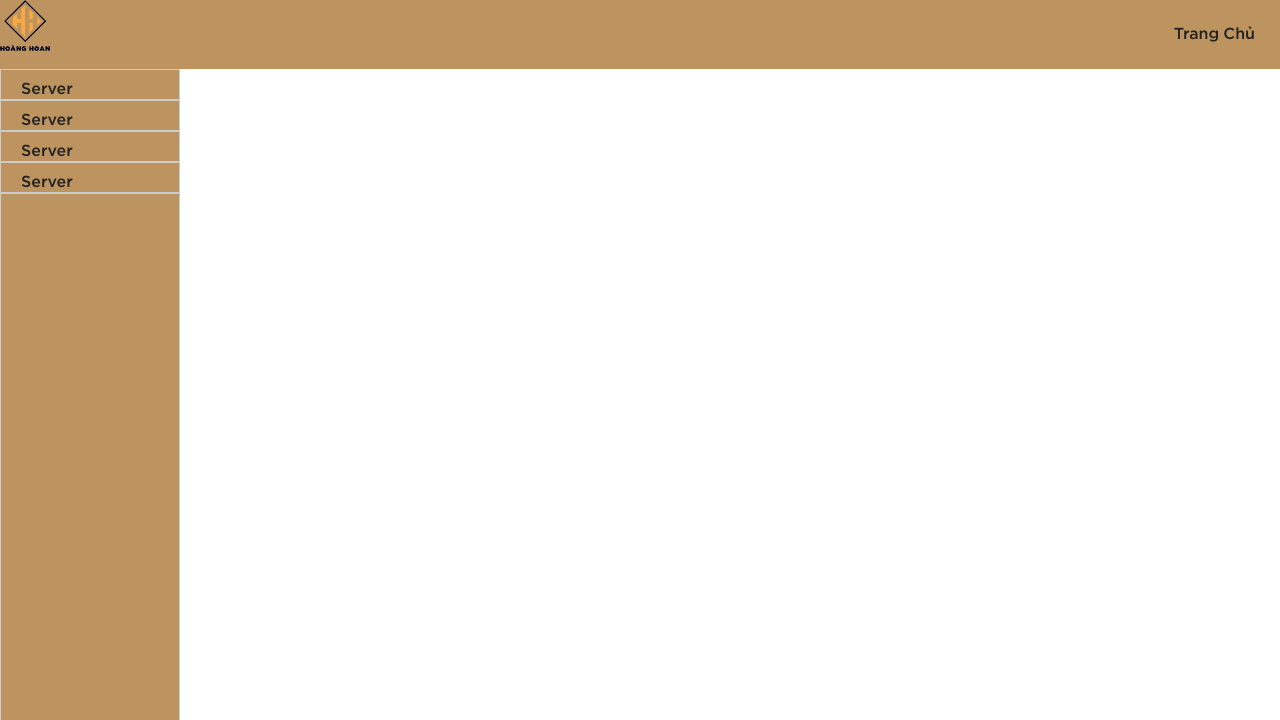
Repository: LDDUNG2003/prj_2
Page: /adminLocal
These files come from the project's save history. The page is drawn as it stood at one moment and after the next save; the edit follows.
The browser window is 1280 px wide. The pictures show the whole page.
The project was rebuilt for these pictures with package versions that can differ from the ones it lists, and the page was loaded fresh each time. Also part of the build but not shown: src/layouts/header/itemsHeader/index.js, src/layouts/header/loginHeader/index.js, src/layouts/header/index.js, src/layouts/footer/index.js, src/layouts/defaultLayout/index.js, src/styles/css/home.css, src/font-awesome/index.js, src/pages/home/setProductSlick/index.js and 10 more.

Above is the page before, as saved 2023-10-04 10:46:39.

### public/index.html
<!doctype html>
<html lang="en">
  <head>
    <meta charset="utf-8">
    <meta name="viewport" content="width=device-width, initial-scale=1">
    <link rel="shortcut icon" href="./img/logo.png">
    <link rel="preconnect" href="https://fonts.googleapis.com">
    <link rel="preconnect" href="https://fonts.gstatic.com" crossorigin>
    <link href="https://fonts.googleapis.com/css2?family=Roboto:ital,wght@0,100;0,300;0,400;0,500;1,100;1,400;1,500;1,700;1,900&display=swap" rel="stylesheet">
    <title>Nội Thất Hoàng Hoan</title>
  </head>
  <body>
    <div id="root"></div>
  </body>
</html>

### src/index.js
import React from 'react';
import ReactDOM from 'react-dom';
import App from './App';
import './index.css';

const root = ReactDOM.createRoot(document.getElementById('root'));
root.render(
  <React.StrictMode>
    <App />
  </React.StrictMode>,
);

### src/App.js
import React, { Component, Fragment } from 'react';
import { BrowserRouter as Router , Routes, Route } from 'react-router-dom';
import defaultLayout from './layouts/defaultLayout';
import AdminLayout from './layouts/AdminLayout';
import { publicRoute } from './routes';
import "slick-carousel/slick/slick.css";
import "slick-carousel/slick/slick-theme.css";
import './styles/css/responsive.css';

class App extends Component {
  render() {
    return (
      <Router>
        <div className="App">
        <Routes>
          {publicRoute.map((route ,index) => {
              const Page = route.component
              let Layout
              if(route.layout === 'notlayout'){
                Layout = Fragment
              }
              else if(route.layout === 'adminLayout'){
                Layout = AdminLayout
              }
              else{
                Layout = defaultLayout
              }
              return (<Route
                key={index}
                path={route.path}
                element={
                <Layout>
                    <Page/>
                  </Layout>
                }/>);
            })}
        </Routes>
        </div>
      </Router>
    );
  }
}

export default App;

### src/index.css
@font-face {
    font-family: "Gotham-Medium";
    src: url(./styles/front/Gotham-Medium.otf);
}

@font-face {
    font-family: "Gotham-Thin";
    src: url(./styles/front/Gotham-Thin.otf);
}

@font-face {
    font-family: "Gotham-Ultra";
    src: url(./styles/front/Gotham-Ultra.otf);
}

html,
body {
    height: 100%;
}

#root {
    height: 100%;
}

.App {
    height: 100%;
}

### src/layouts/AdminLayout/index.js
import Header from './Header'
import AdminMenu from './AdminMenu';

function AdminLayout({children}) {
    return (
       <div className='Admin-content'>
       <Header/>
       <div className="admin-content">
        <AdminMenu/><div className="content-admin">
          {children}
        </div>
       </div>
       </div>
     );
}

export default AdminLayout;

### src/routes/index.js
import Home from '~/pages/home'
import News from '~/pages/news'
import Contact from '~/pages/contact'
import page404 from '~/pages/notfoud'
import Login from '~/pages/login'
import AdminLocal from '~/pages/adminPage'
import Upload from '~/pages/adminPage/upLoad'
import LocaPage from '~/pages/adminPage/pageLocal'


const publicRoute = [
    {path: '/',component: Home},
    {path: '/news',component: News},
    {path: '/contact',component: Contact},
    {path: '/*',component: page404, layout: 'notlayout'},
    {path: '/login',component: Login,layout: 'notlayout'},
    {path: '/adminLocal/*',component:AdminLocal,layout: 'adminLayout'},
]

const AdminRoute = [
]

export  { AdminRoute, publicRoute}

### src/styles/css/responsive.css
@media (min-width:767px) {
    #mobileMenu {
        display: none;
    }
}

@media (max-width: 767px) {
    #root {
        margin: 0px 5px;
    }
    #mobileMenu {
        display: block;
        text-align: center;
    }
    .logo--block {
        width: 100%;
        display: flex;
        align-items: center;
        justify-content: space-between;
    }
    .navBar {
        display: block;
        height: auto;
    }
    .choose-item {
        width: 100%;
    }
    .menu-mobile {
        width: 40px;
        height: 40px;
        padding: 10px;
        border: 0px;
        background-color: var(--primary-color);
    }
    .news--item-container {
        font-size: 11px;
    }
    .content--title::before {
        display: none;
    }
    .new--item-heading {
        font-size: 14px;
    }
    .navBar__list {
        display: none;
        width: 100%;
    }
    .navBar__list-item {
        padding: 4px;
        border-bottom: 2px solid #ccc;
    }
    .about__us {
        background: none;
    }
    .about__us::before {
        background: none;
    }
    .content__focut {
        position: static;
    }
    .focut--item {
        width: 50%;
    }
    .content__banner {
        width: 100%;
    }
    .banner--content {
        display: none;
    }
    .slick-prev:before,
    .slick-next:before {
        display: none;
    }
    .about--background {
        display: none;
    }
    .about__us-bag {
        position: static;
    }
    .about--block {
        display: block;
    }
    .about--content {
        width: 100%;
        color: var(--text-color);
    }
    .about--content img {
        width: 100%;
    }
    .content--title {
        color: var(--text-color);
    }
    .news--contain {
        display: block;
    }
    .mobile-display {
        display: none;
    }
    .news--contain--item {
        width: 100%;
    }
    .news--list-item {
        width: 100%;
        overflow: hidden;
    }
    .news--list-item img {
        height: 100%;
    }
    .partner--list {
        flex-wrap: wrap;
    }
    .partner--item {
        width: 50%;
    }
    .content--contact {
        display: none;
    }
    .footer__lable {
        display: block;
    }
    .footer--list {
        width: 100%;
        padding: 10px 0px;
    }
    .footer--list-item {
        width: 100%;
        padding: 5px 0px;
    }
    /* news responsive */
    .news--content-list {
        margin: 0px 20px;
    }
    .news--content-item {
        width: 100%;
    }
    .featured--list {
        width: 100%;
        margin: 10px;
        flex-wrap: wrap;
    }
    .featured--item {
        width: 100%;
    }
}

### src/styles/css/base.css
* {
    padding: 0px;
    margin: 0px;
    font-family: "Gotham-Medium";
    text-align: justify;
}

:root {
    --primary-color: #bd945f;
    --text-color: #222222;
}


/* font setting */

.App {
    width: 100%;
    overflow: hidden;
    background-color: #fff;
}

.main {
    width: 100%;
}

.header {
    padding: 10px 0px;
    margin: auto;
    width: 100%;
    max-width: 1200px;
}

.navBar {
    display: flex;
    width: 100%;
    justify-content: space-between;
}

.logo {
    height: 60px;
}

.navBar__list {
    display: flex;
    list-style: none;
    align-items: center;
}

.navBar__list-item {
    margin: 0 10px;
    position: relative;
}

.navBar__list--link {
    text-transform: uppercase;
    font-size: 16px;
    color: var(--text-color);
    text-decoration: none;
}

.navBar__list-item::before {
    content: '';
    background-color: var(--primary-color);
    display: block;
    height: 4px;
    margin-top: 7px;
    width: 0px;
    top: 75%;
    position: absolute;
    transition: 0.3s;
    z-index: 1;
}

.Login--navBar {
    list-style: none;
    position: absolute;
    z-index: 1;
    width: 240px;
    background-color: #fff;
    padding: 15px;
    right: 0px;
    top: 150%;
    border-radius: 5px;
    border: solid 1px #ccc;
    display: none;
}

.Login--navBar::after {
    content: '';
    width: 120px;
    display: block;
    height: 9px;
    position: absolute;
    top: -9px;
    right: 0px;
}

.navBar__list-item:hover .Login--navBar {
    display: block;
}

.Login__list-item {
    padding: 4px 0px;
}

.select--item::before {
    content: '';
    background-color: var(--primary-color);
    display: block;
    height: 4px;
    margin-top: 7px;
    width: 65px;
    top: 75%;
    position: absolute;
    z-index: 1;
}

.navBar__list-item:hover::before {
    width: 65px;
}

.featured--content {
    padding-top: 10px;
    text-align: center;
}

.featured-name {
    display: contents;
    font-size: 18px;
    text-transform: capitalize;
}

.evaluate--list {
    list-style: none;
    display: flex;
    justify-content: center;
}

.evaluate--list li {
    padding: 5px;
    margin: 0;
}

.note-product {}

.content--title {
    font-size: 32px;
    padding: 50px 0px;
    text-align: center;
    position: relative;
    text-transform: uppercase;
}

.content--title::before {
    content: '';
    background-color: var(--primary-color);
    width: 90px;
    height: 9px;
    position: absolute;
    top: 70%;
    right: 47%;
}

.content__featured {
    width: 100%;
    max-width: 1200px;
    margin: auto;
    padding-bottom: 30px;
}

.featured--list {
    width: 100%;
    list-style: none;
    display: flex;
    text-align: center;
}

.featured--item {}

.featured--img {
    width: 80%;
    margin: auto;
}

.price-product {
    text-align: center;
    padding: 7px 0px;
    font-weight: 800;
    font-size: 16px;
}

.slick-prev:before,
.slick-next:before {
    color: var(--primary-color) !important;
    width: 15px;
    display: inline-block;
}

.footer {
    padding: 20px 0px;
    background-color: black;
}

.footer__lable {
    max-width: 1200px;
    margin: auto;
    display: flex;
    width: 100%;
    justify-content: space-around;
    color: #fff;
    justify-content: space-between;
}

.footer--list {
    list-style: none;
    width: 32%;
}

.footer--list-item {
    font-size: 16px;
    padding-top: 8px;
    text-transform: capitalize;
    font-family: initial;
}

.footer--list-heading {
    font-size: 18px;
    font-weight: 300;
    text-transform: uppercase;
    position: relative;
    padding-bottom: 0px;
    font-family: 'Gotham-Medium';
}

.footer--list-heading::after {
    content: '';
    background-color: var(--primary-color);
    width: 110px;
    padding-top: 6px;
    position: absolute;
    left: 0px;
    bottom: -8px;
}

.footer--inheri {
    text-transform: uppercase;
    font-weight: 600;
    font-size: 18px;
}

.footer--list-contact {
    display: flex;
    list-style: none;
}

.fooder--list-contact-item {
    width: 16px;
    padding: 5px;
}

### src/layouts/AdminLayout/Header/index.js
import { Link } from "react-router-dom";
import Logo from "~/logo.png"
import '../styles/index.css'
function Header() {
    var LinkStyle = 'padding-left: 20px;'
    return (
        <nav className="admin_laybel">
            <Link to="/"><img className="logo-admin" src={Logo} alt="" /></Link>
            <ul className="admin-List">
                <li className='Admin-item'><Link className="admin-Link" to='/'>Trang Chủ</Link></li>
            </ul>
        </nav>
     );
}

export default Header;

### src/layouts/AdminLayout/AdminMenu/index.js
import { Link } from "react-router-dom";

function AdminMenu() {
    return (
        <nav className="Menu-Admin">
            <ul className="Menu-List">
                <li className="Menu-List--item"><Link className="admin-Link" to='/'>Server</Link></li>
                <li className="Menu-List--item"><Link className="admin-Link" to='/'>Server</Link></li>
                <li className="Menu-List--item"><Link className="admin-Link" to='/'>Server</Link></li>
                <li className="Menu-List--item"><Link className="admin-Link" to='/'>Server</Link></li>
            </ul>
        </nav>
    );
}

export default AdminMenu;

### src/pages/adminPage/index.js
function AdminLocal() {
    return (
        <>
        <h1>Hello</h1>
        </>
     );
}

export default AdminLocal;

### src/layouts/AdminLayout/styles/index.css
.Admin-content {
    height: 100%;
}

.logo-admin {
    width: 50px;
    filter: contrast(200%);
}

.admin_laybel {
    background-color: var(--primary-color);
    display: flex;
    width: 100%;
    justify-content: space-between;
    margin: auto;
}

.admin-List {
    display: flex;
    padding: 10px;
    list-style: none;
}

.Admin-item {
    padding: 15px;
}

.admin-Link {
    font-size: 1rem;
    color: var(--text-color);
    text-decoration: none;
    text-transform: capitalize;
    width: 100%;
    display: block;
}

.admin-Link:hover {
    color: white !important;
}

.admin-content {
    display: flex;
    width: 100%;
    margin: auto;
    height: 100%;
}

.Menu-Admin {
    width: 180px;
    height: 100%;
    background-color: var(--primary-color);
    border: 1px solid #ccc;
    position: fixed;
}

.Menu-List {
    list-style: none;
}

.Menu-List--item {
    padding-left: 20px;
    padding-top: 10px;
    border-bottom: 2px solid #ccc;
    width: 100%;
}

.Menu-List--item:hover {
    background-color: wheat !important;
}

### src/pages/notfoud/index.css
* {
    -webkit-box-sizing: border-box;
    box-sizing: border-box;
}

body {
    padding: 0;
    margin: 0;
}

#notfound {
    position: relative;
    height: 100vh;
}

#notfound .notfound {
    position: absolute;
    left: 50%;
    top: 50%;
    -webkit-transform: translate(-50%, -50%);
    -ms-transform: translate(-50%, -50%);
    transform: translate(-50%, -50%);
}

.notfound {
    max-width: 520px;
    width: 100%;
    line-height: 1.4;
    text-align: center;
}

.notfound .notfound-404 {
    position: relative;
    height: 200px;
    margin: 0px auto 20px;
    z-index: -1;
}

.notfound .notfound-404 h1 {
    font-family: 'Montserrat', sans-serif;
    font-size: 236px;
    font-weight: 200;
    margin: 0px;
    color: #211b19;
    text-transform: uppercase;
    position: absolute;
    left: 50%;
    top: 50%;
    -webkit-transform: translate(-50%, -50%);
    -ms-transform: translate(-50%, -50%);
    transform: translate(-50%, -50%);
}

.notfound .notfound-404 h2 {
    font-family: 'Montserrat', sans-serif;
    font-size: 28px;
    font-weight: 400;
    text-transform: uppercase;
    color: #211b19;
    background: #fff;
    padding: 10px 5px;
    margin: auto;
    display: inline-block;
    position: absolute;
    bottom: 0px;
    left: 0;
    right: 0;
}

.notfound a {
    font-family: 'Montserrat', sans-serif;
    display: inline-block;
    font-weight: 700;
    text-decoration: none;
    color: #fff;
    text-transform: uppercase;
    padding: 13px 23px;
    background: #ff6300;
    font-size: 18px;
    -webkit-transition: 0.2s all;
    transition: 0.2s all;
}

.notfound a:hover {
    color: #ff6300;
    background: #211b19;
}

@media only screen and (max-width: 767px) {
    .notfound .notfound-404 h1 {
        font-size: 148px;
    }
}

@media only screen and (max-width: 480px) {
    .notfound .notfound-404 {
        height: 148px;
        margin: 0px auto 10px;
    }
    .notfound .notfound-404 h1 {
        font-size: 86px;
    }
    .notfound .notfound-404 h2 {
        font-size: 16px;
    }
    .notfound a {
        padding: 7px 15px;
        font-size: 14px;
    }
}

### src/styles/css/login.css
.login-page {
    width: 100%;
    height: 100%;
    padding: auto;
    padding: 10% 0 10% 0;
    margin: auto;
    background-color: #87c98b;
}

.form {
    position: relative;
    z-index: 1;
    background: #ffffff;
    max-width: 360px;
    margin: 0 auto 100px;
    padding: 45px;
    text-align: center;
    box-shadow: 0 0 20px 0 rgba(0, 0, 0, 0.2), 0 5px 5px 0 rgba(0, 0, 0, 0.24);
}

.form input {
    font-family: "Roboto", sans-serif;
    outline: 0;
    background: #f2f2f2;
    width: 100%;
    border: 0;
    margin: 0 0 15px;
    padding: 15px;
    box-sizing: border-box;
    font-size: 14px;
}

.form button {
    font-family: "Roboto", sans-serif;
    text-transform: uppercase;
    outline: 0;
    background: #4CAF50;
    width: 100%;
    border: 0;
    padding: 15px;
    color: #FFFFFF;
    font-size: 14px;
    -webkit-transition: all 0.3 ease;
    transition: all 0.3 ease;
    cursor: pointer;
}

.form button:hover,
.form button:active,
.form button:focus {
    background: #43A047;
}

.form .message {
    margin: 15px 0 0;
    color: #b3b3b3;
    font-size: 12px;
}

.form .message a {
    color: #4CAF50;
    text-decoration: none;
}

.form .register-form {
    display: none;
}

.container {
    position: relative;
    z-index: 1;
    max-width: 300px;
    margin: 0 auto;
}

.container:before,
.container:after {
    content: "";
    display: block;
    clear: both;
}

.container .info {
    margin: 50px auto;
    text-align: center;
}

.container .info h1 {
    margin: 0 0 15px;
    padding: 0;
    font-size: 36px;
    font-weight: 300;
    color: #1a1a1a;
}

.container .info span {
    color: #4d4d4d;
    font-size: 12px;
}

.container .info span a {
    color: #000000;
    text-decoration: none;
}

.container .info span .fa {
    color: #EF3B3A;
}

body {
    /* background: #76b852; */
    /* fallback for old browsers */
    /* background: rgb(141, 194, 111);
    background: linear-gradient(90deg, rgba(141, 194, 111, 1) 0%, rgba(118, 184, 82, 1) 50%); */
    font-family: "Roboto", sans-serif;
    -webkit-font-smoothing: antialiased;
    -moz-osx-font-smoothing: grayscale;
}

After the next save:
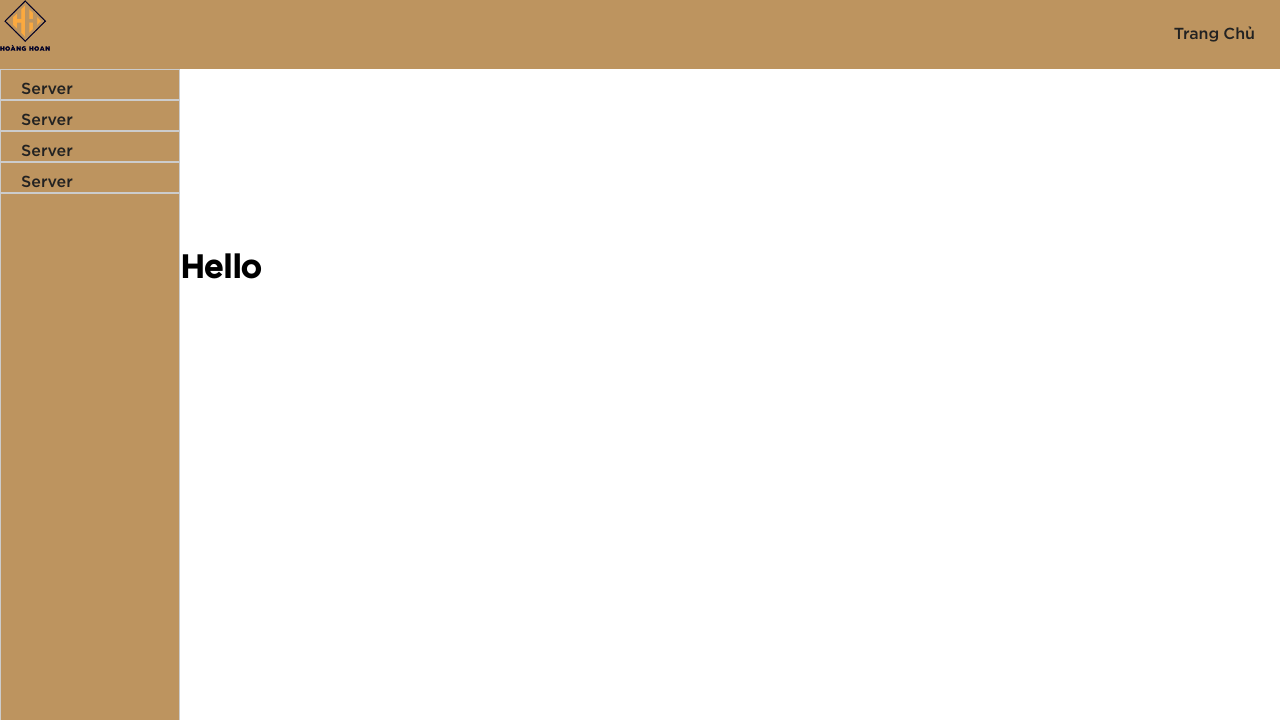
Saved 44 s later.
--- a/src/layouts/AdminLayout/styles/index.css
+++ b/src/layouts/AdminLayout/styles/index.css
@@ -67,3 +67,7 @@
 .Menu-List--item:hover {
     background-color: wheat !important;
 }
+
+.content-admin {
+    margin: 180px;
+}
